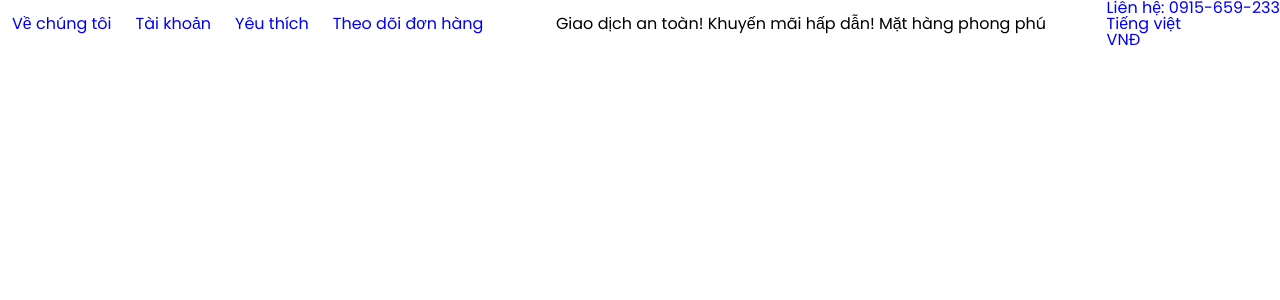
Repository: DucNghia2004/project_pro_01
Page: index.html
These files come from the project's save history. The page is drawn as it stood at one moment and after the next save; the edit follows.
The browser window is 1280 px wide. The pictures show the whole page.

Above is the page before, as saved 2024-05-30 20:06:55.

After the next save:
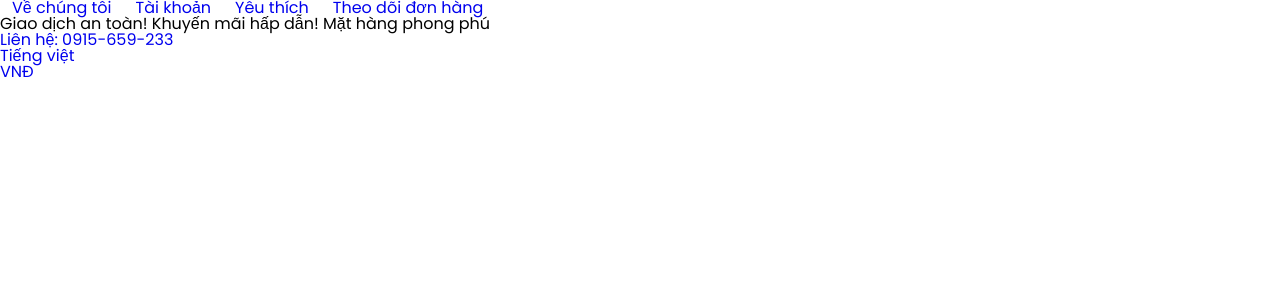
Saved 2 min 28 s later.
--- a/index.html
+++ b/index.html
@@ -20,41 +20,50 @@
     </head>
     <body>
         <div class="info">
-            <div class="info-header">
-                <ul class="info__list">
-                    <li class="info__item">
-                        <a href="#!" class="info__link">Về chúng tôi</a>
-                    </li>
-                    <li class="info__item">
-                        <a href="#!" class="info__link">Tài khoản</a>
-                    </li>
-                    <li class="info__item">
-                        <a href="#!" class="info__link">Yêu thích</a>
-                    </li>
-                    <li class="info__item">
-                        <a href="#!" class="info__link">Theo dõi đơn hàng</a>
-                    </li>
-                </ul>
-            </div>
-            <div class="info-product">
-                <p class="indo-product__desc">
-                    Giao dịch an toàn! Khuyến mãi hấp dẫn! Mặt hàng phong phú
-                </p>
-            </div>
-            <div class="info-contact">
-                <ul class="info-contact__list">
-                    <li class="info-contact__item">
-                        <a href="#!" class="info-contact__link">
-                            Liên hệ: 0915-659-233
-                        </a>
-                    </li>
-                    <li class="info-contact__item">
-                        <a href="#!" class="info-contact__link">Tiếng việt</a>
-                    </li>
-                    <li class="info-contact__item">
-                        <a href="#!" class="info-contact__link">VNĐ</a>
-                    </li>
-                </ul>
+            <div class="contaier">
+                <div class="info-info">
+                    <div class="info-header">
+                        <ul class="info__list">
+                            <li class="info__item">
+                                <a href="#!" class="info__link">Về chúng tôi</a>
+                            </li>
+                            <li class="info__item">
+                                <a href="#!" class="info__link">Tài khoản</a>
+                            </li>
+                            <li class="info__item">
+                                <a href="#!" class="info__link">Yêu thích</a>
+                            </li>
+                            <li class="info__item">
+                                <a href="#!" class="info__link"
+                                    >Theo dõi đơn hàng</a
+                                >
+                            </li>
+                        </ul>
+                    </div>
+                    <div class="info-product">
+                        <p class="indo-product__desc">
+                            Giao dịch an toàn! Khuyến mãi hấp dẫn! Mặt hàng
+                            phong phú
+                        </p>
+                    </div>
+                    <div class="info-contact">
+                        <ul class="info-contact__list">
+                            <li class="info-contact__item">
+                                <a href="#!" class="info-contact__link">
+                                    Liên hệ: 0915-659-233
+                                </a>
+                            </li>
+                            <li class="info-contact__item">
+                                <a href="#!" class="info-contact__link"
+                                    >Tiếng việt</a
+                                >
+                            </li>
+                            <li class="info-contact__item">
+                                <a href="#!" class="info-contact__link">VNĐ</a>
+                            </li>
+                        </ul>
+                    </div>
+                </div>
             </div>
         </div>
     </body>

After the save that followed:
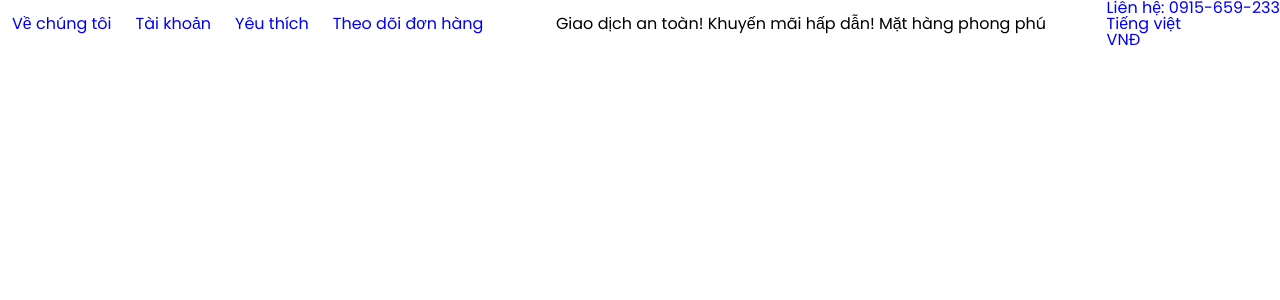
Saved 20 s later.
--- a/assets/css/styles.css
+++ b/assets/css/styles.css
@@ -31,7 +31,7 @@ a {
 }
 
 /* Info-header */
-.info {
+.info-info {
     display: flex;
     align-items: center;
     justify-content: space-between;
